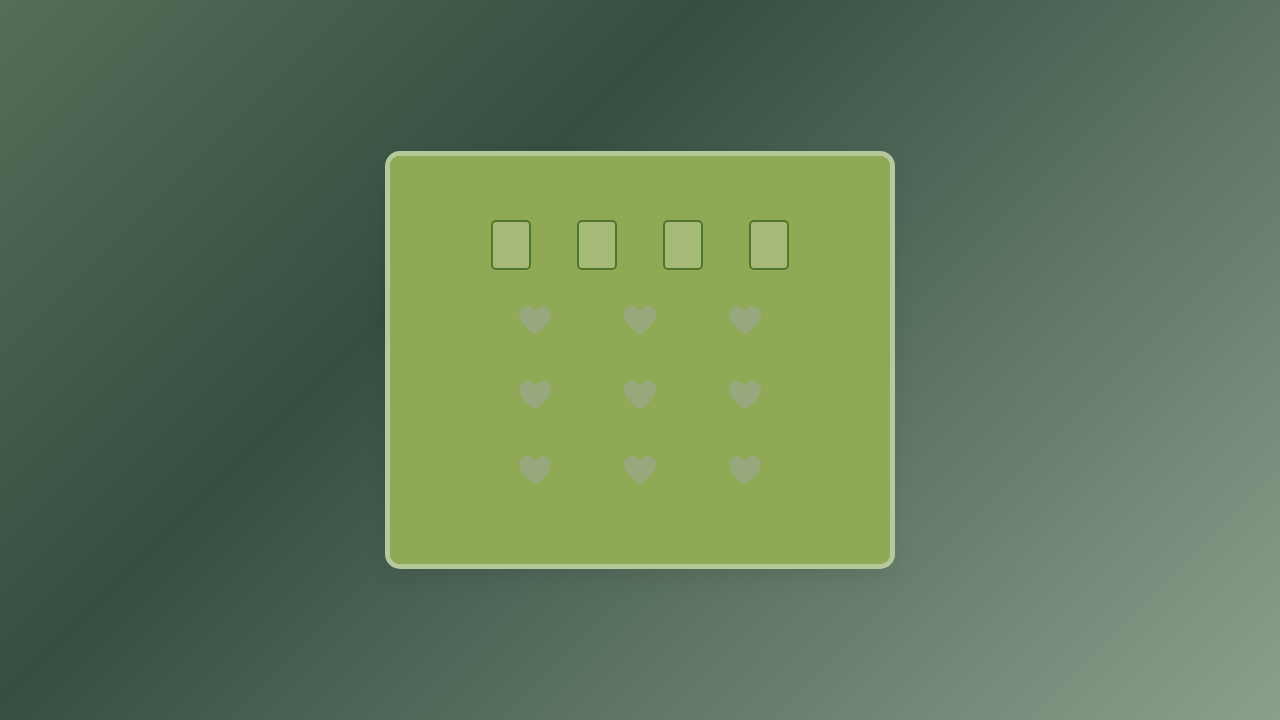
Repository: jahatesu/project-cutie
Page: index.html
An editor plug-in stored every save of this project. The page is shown before and after the next save, followed by the edit.
The browser window is 1280 px wide. The pictures show the whole page.
Some web libraries are served in a nearby version.

Above is the page before, as saved 2025-08-14 21:21:12.
Console error: TypeError: Cannot read properties of null (reading 'getBoundingClientRect')

After the next save:
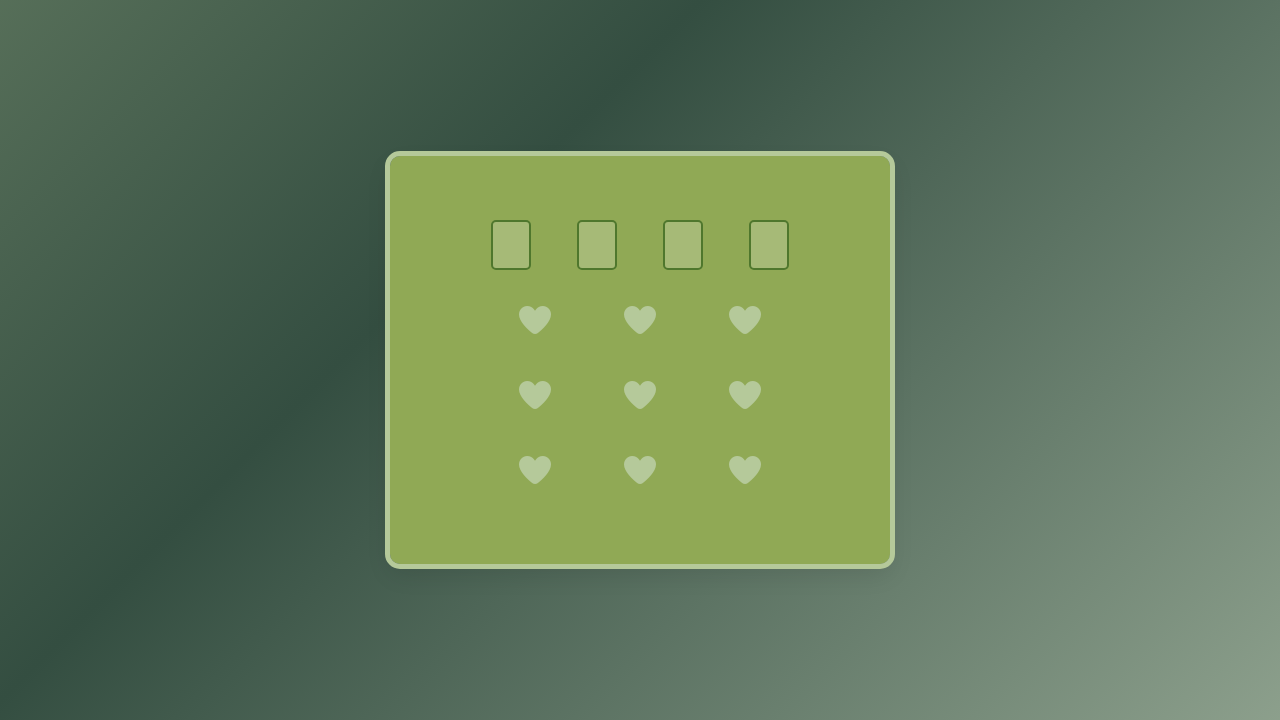
Saved 10 s later.
--- a/style.css
+++ b/style.css
@@ -99,7 +99,7 @@ body {
 .heart-pad i {
   position: absolute;      /* behind the number */
   font-size: 2rem;         /* heart size */
-  color: #97a97c;          /* heart color */
+  color: #b5c99a;          /* heart color */
   z-index: 0;
 }
 
